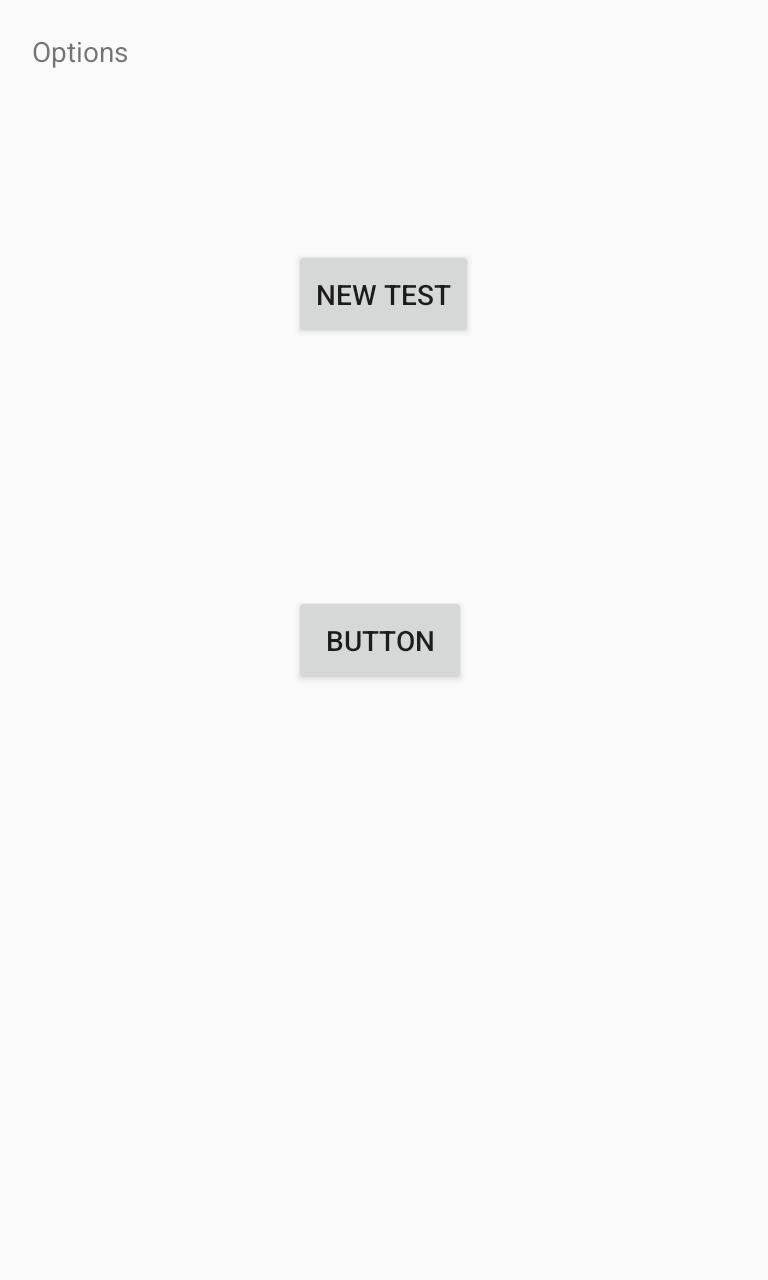
Repository: klund101/OticonHearingEvaluation
Layout: hearing_evaluation/res/layout/activity_options.xml
The author's editor kept a copy of each file at every save. The layout is drawn from the files as they stood at one save, then again after the next save.
It is drawn on a 768 x 1280 px phone screen (xhdpi) without system bars, with theme AppTheme; the app's code is not run.

Above is the layout before, as saved 2015-09-14 11:17:35.

### hearing_evaluation/res/layout/activity_options.xml
<RelativeLayout xmlns:android="http://schemas.android.com/apk/res/android"
    xmlns:tools="http://schemas.android.com/tools"
    android:layout_width="match_parent"
    android:layout_height="match_parent"
    android:paddingBottom="@dimen/activity_vertical_margin"
    android:paddingLeft="@dimen/activity_horizontal_margin"
    android:paddingRight="@dimen/activity_horizontal_margin"
    android:paddingTop="@dimen/activity_vertical_margin"
    tools:context="com.example.hearing_evaluation.OptionsActivity" >

    <TextView
        android:id="@+id/textView1"
        android:layout_width="wrap_content"
        android:layout_height="wrap_content"
        android:text="Options" />

    <Button
        android:id="@+id/button1"
        android:layout_width="wrap_content"
        android:layout_height="wrap_content"
        android:layout_below="@+id/textView1"
        android:layout_centerHorizontal="true"
        android:layout_marginTop="88dp"
        android:text="New Test" />

    <Button
        android:id="@+id/button2"
        android:layout_width="wrap_content"
        android:layout_height="wrap_content"
        android:layout_alignLeft="@+id/button1"
        android:layout_centerVertical="true"
        android:text="Button" />

</RelativeLayout>

Loaded but not shown: hearing_evaluation/res/values/styles.xml (common file); hearing_evaluation/res/values-v11/styles.xml (common file); hearing_evaluation/res/values-v14/styles.xml (common file); hearing_evaluation/res/values/dimens.xml (common file); hearing_evaluation/res/values-w820dp/dimens.xml (common file)

After the next save:
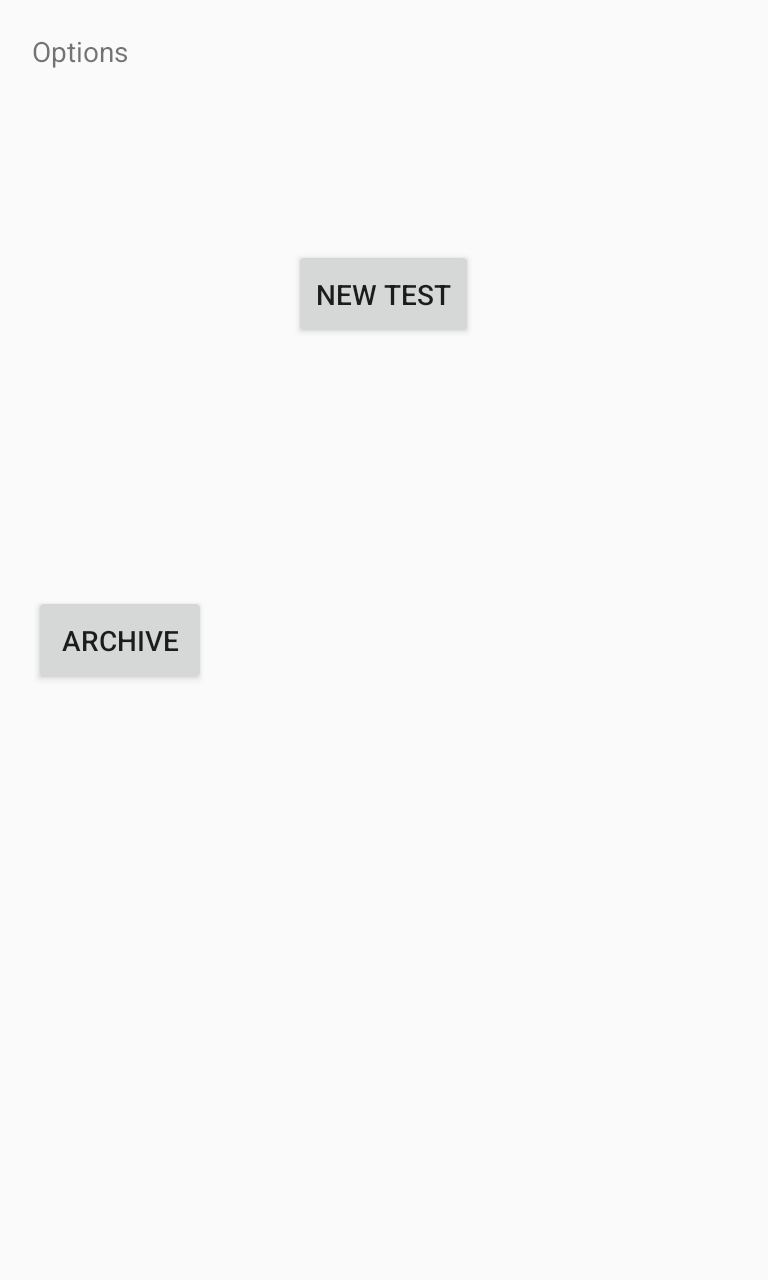
Saved 21 s later.
--- a/hearing_evaluation/res/layout/activity_options.xml
+++ b/hearing_evaluation/res/layout/activity_options.xml
@@ -15,7 +15,7 @@
         android:text="Options" />
 
     <Button
-        android:id="@+id/button1"
+        android:id="@+id/btnNewTest"
         android:layout_width="wrap_content"
         android:layout_height="wrap_content"
         android:layout_below="@+id/textView1"
@@ -24,11 +24,11 @@
         android:text="New Test" />
 
     <Button
-        android:id="@+id/button2"
+        android:id="@+id/btnArchive"
         android:layout_width="wrap_content"
         android:layout_height="wrap_content"
         android:layout_alignLeft="@+id/button1"
         android:layout_centerVertical="true"
-        android:text="Button" />
+        android:text="Archive" />
 
 </RelativeLayout>
